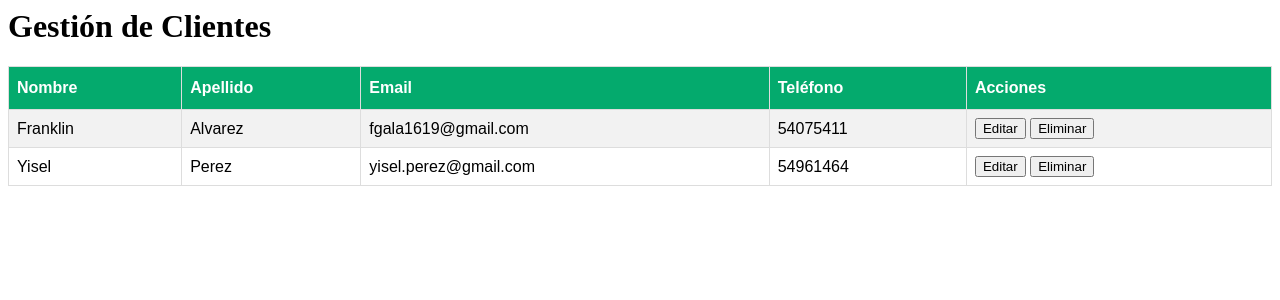
Repository: fgala1619/frontSistGestionBank
Page: index.html
The author's editor kept a copy of each file at every save. The page is drawn from the files as they stood at one save, then again after the next save.
The browser window is 1280 px wide. The pictures show the whole page.

Above is the page before, as saved 2023-07-08 22:43:57.

After the next save:
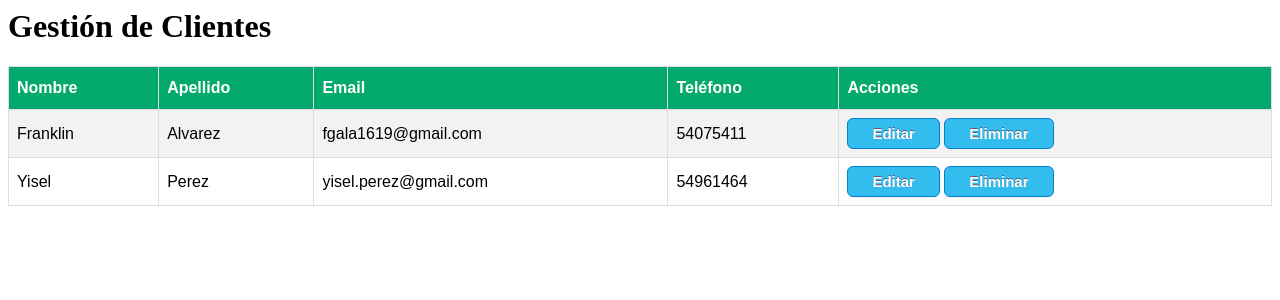
Saved 3 min 4 s later.
--- a/index.html
+++ b/index.html
@@ -15,8 +15,8 @@
         <td>fgala1619@gmail.com</td>
         <td>54075411</td>
         <td>
-            <button>Editar</button>
-            <button>Eliminar</button>
+            <a href="#" class="myButton">Editar</a>
+            <a href="#" class="myButton">Eliminar</a>
         </td>
     </tr>
 
@@ -26,8 +26,8 @@
         <td>yisel.perez@gmail.com</td>
         <td>54961464</td>
         <td>
-            <button>Editar</button>
-            <button>Eliminar</button>
+            <a href="#" class="myButton">Editar</a>
+            <a href="#" class="myButton">Eliminar</a>
         </td>
     </tr>
 </table>
